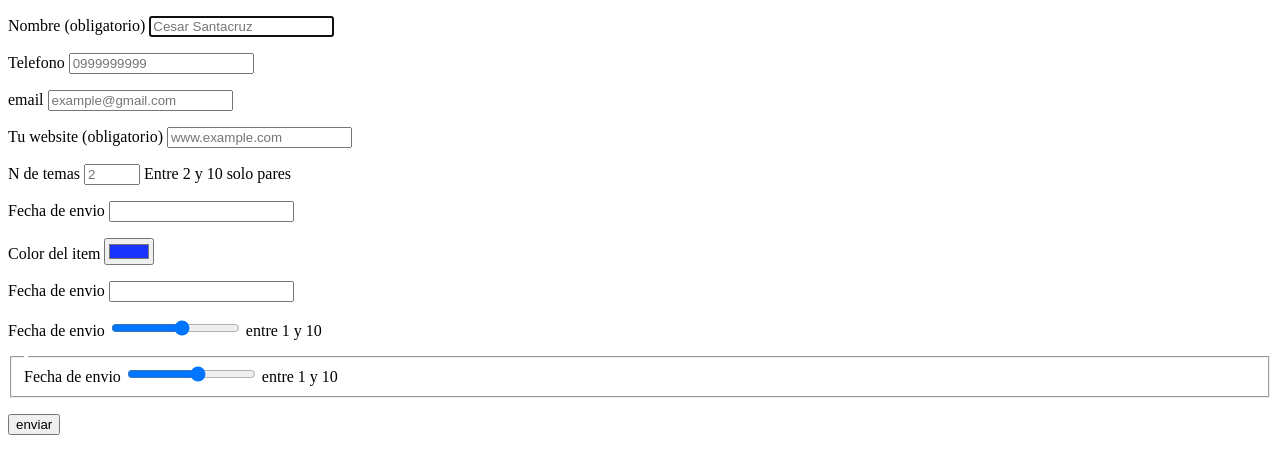
Repository: cesarsant0203/My_Study
Page: Introducción al desarrollo web/formulario.html
These files come from the project's save history. The page is drawn as it stood at one moment and after the next save; the edit follows.
The browser window is 1280 px wide. The pictures show the whole page.

Above is the page before, as saved 2020-04-27 19:46:26.

### Introducción al desarrollo web/formulario.html
<!DOCTYPE html>
<html lang="es">

<head>
    <meta charset="utf-8" />
    <title>
        Prueba de formulario
    </title>
</head>

<body>
    <form id="form-order">

        <p>
            <label for="name"> Nombre (obligatorio)</label>
            <input type="text" name="name" id="name"
            placeholder="Cesar Santacruz"
            autofocus
            autocomplete
            required>
        </p>
        <!--<p>
            <label for="passwd"> Contrasenia (obligatorio)</label>
            <input type="password" name="passwd" id="passwd"
            placeholder="qazwsx1234"
            pattern=" [a-z] {4} [0-9] {2}" required/>
        </p>-->
        <p>
            <label for="phone">Telefono</label>
            <input type="tel" name="phone" id="phone"
            placeholder="0999999999">
        </p>
        <p>
            <label for="email">email</label>
            <input type="email" name="email" id="email"
            placeholder="example@gmail.com">
        </p>
        <p>
            <label for="website"> Tu website (obligatorio)</label>
            <input type="url" name="website" id="website"
            placeholder="www.example.com"
            required>
        </p>
        <p>
            <label for="numberexample"> N de temas </label>
            <input type="number" name="numberexample" id="numberexample"
            placeholder="2"
            min="2" max="10" step="2">
            Entre 2 y 10 solo pares
        </p>
        <p>
            <label for="deliverydate"> Fecha de envio</label>
            <input type="text" name="deliverydate" id="deliverydate" min="2000-08-27">
        </p>
        <p>
            <label for="colorexample"> Color del item</label>
            <input type="color" name="colorexample" id="colorexample" value="#1A33FF">
        </p>
        <p>
            <label for="search"> Fecha de envio</label>
            <input type="search" name="search" id="search">
        </p>
        <p>
            <label for="points"> Fecha de envio</label>
            <input type="range" name="points" id="points" min="1" max="10"> entre 1 y 10
        </p>
        <p>
        <fieldset>
            <legend></legend>
            <label for="points"> Fecha de envio</label>
            <input type="range" name="points" id="points" min="1" max="10"> entre 1 y 10
        </fieldset>
        </p>
        <input type="submit" value="enviar">

    </form>
</body>

</html>

After the next save:
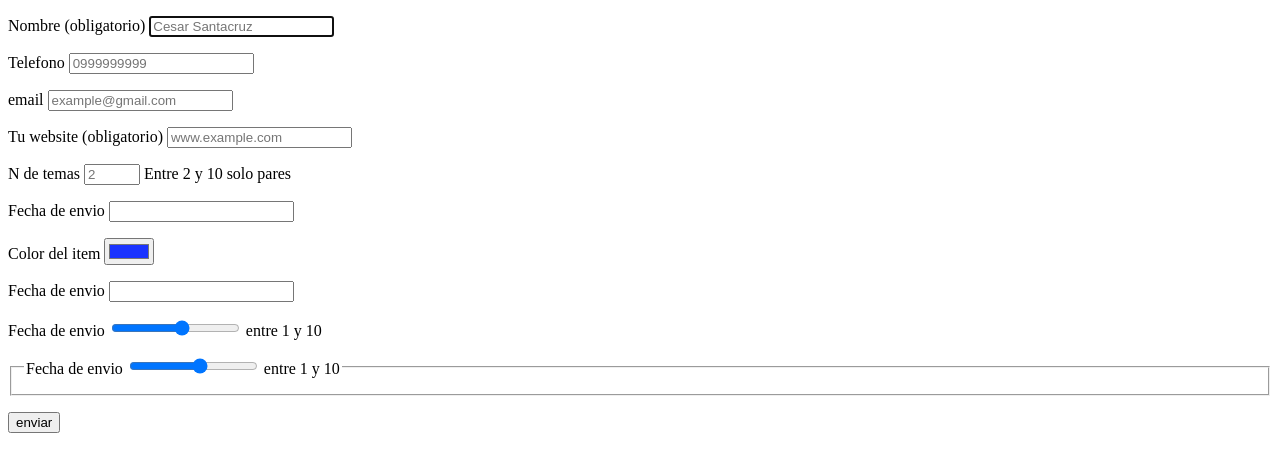
Saved 7 s later.
--- a/Introducción al desarrollo web/formulario.html
+++ b/Introducción al desarrollo web/formulario.html
@@ -66,7 +66,7 @@
         </p>
         <p>
         <fieldset>
-            <legend></legend>
+            <legend>
             <label for="points"> Fecha de envio</label>
             <input type="range" name="points" id="points" min="1" max="10"> entre 1 y 10
         </fieldset>
